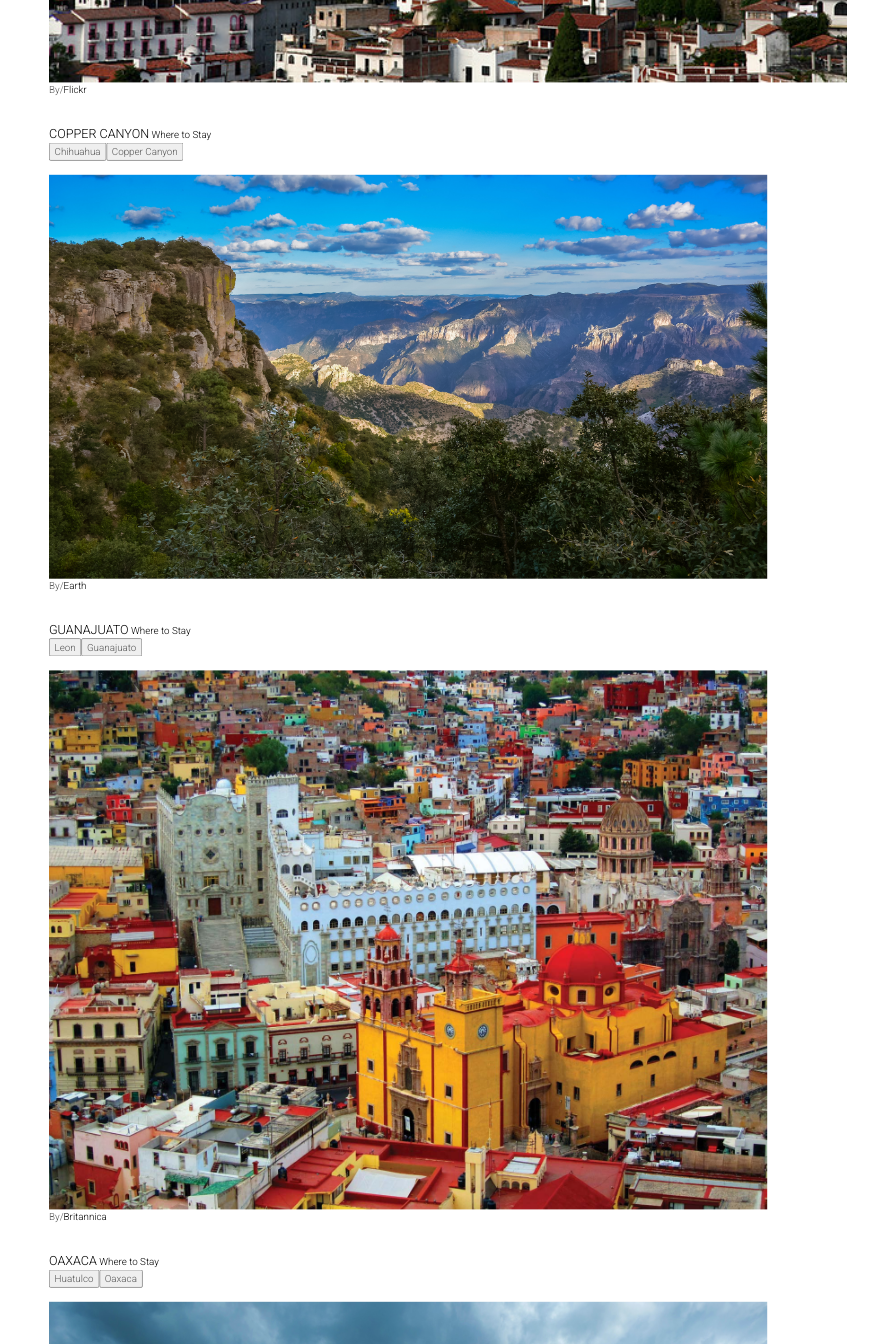
Repository: navegantemx/holiday-destination
Page: destinations.html
The author's editor kept a record of every edit. The page is drawn from the files as they stood at one moment, then again after the next edit.
The browser window is 1280 px wide. The pictures show the part of the page from y = 2504 to 4424 px (the page is 8340 px tall before and 8404 px after), at 70% of full size.
A picture or video elsewhere on the page could not be fetched, so the positions and the page height are approximate. Some web libraries are served in a nearby version.

Above is the page before.

After the next edit:
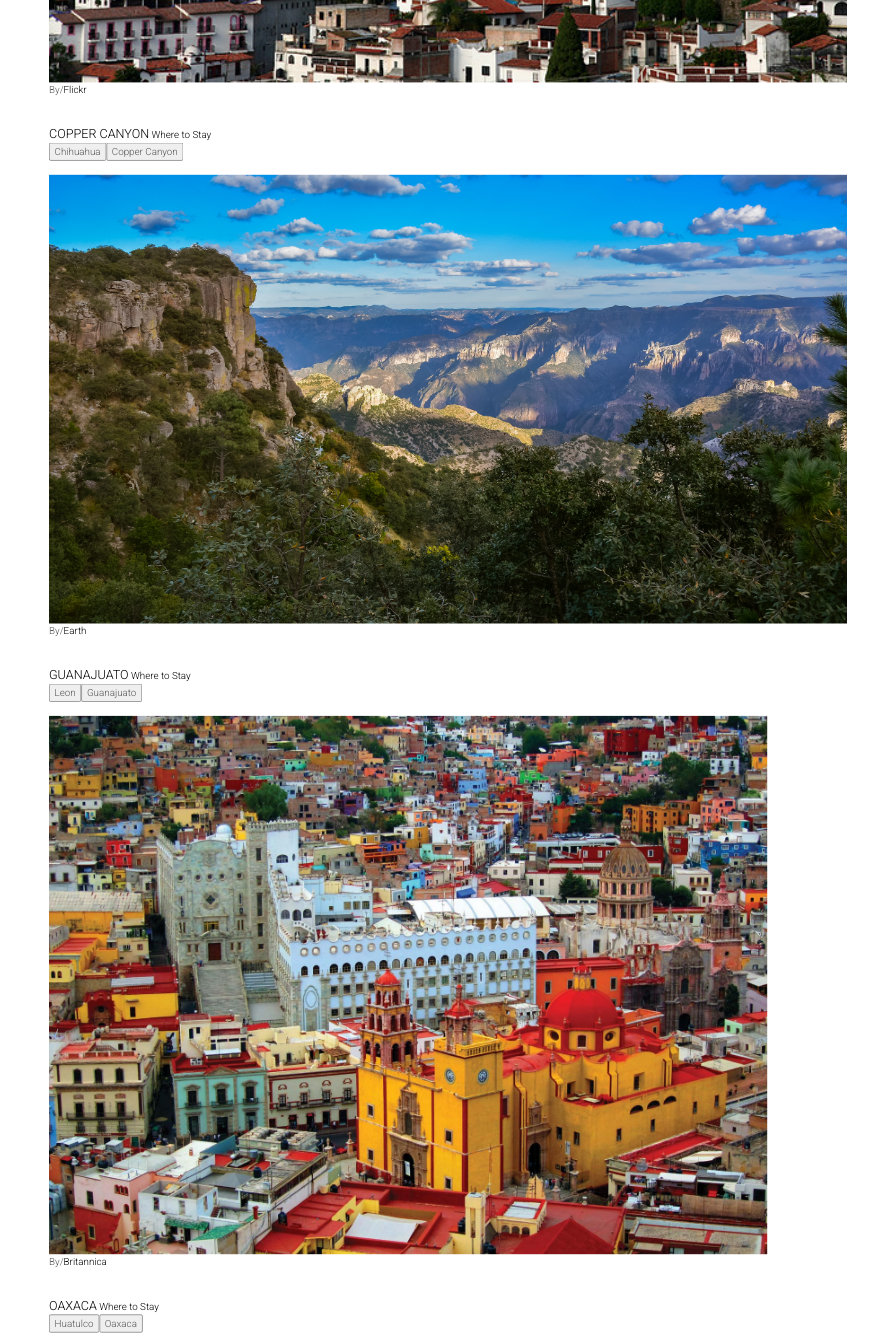
The edit:
--- a/destinations.html
+++ b/destinations.html
@@ -82,7 +82,7 @@
         <a href="//www.touropia.com/checkin?city=Chihuahua,Mexico" target="_blank" class="fancybox">Where to Stay</a><br>
         <button id="coppercanyonButton">Chihuahua</button><span><button id="chihuahuaButton">Copper Canyon</button></span><br><br>
         <div class="image_640">
-            <img id="coppercanyonImage" src= assets/images/chihuahua_coppercanyon_01.jpg width="90%"><br>
+            <img id="coppercanyonImage" src= assets/images/chihuahua_coppercanyon_01.jpg width="100%"><br>
             <span class="photo-credit">By/<a href="https://www.earth.com/news/raramuri-people-copper-canyon" target="_blank">Earth</a></span>
         </div>
         <br><br>
